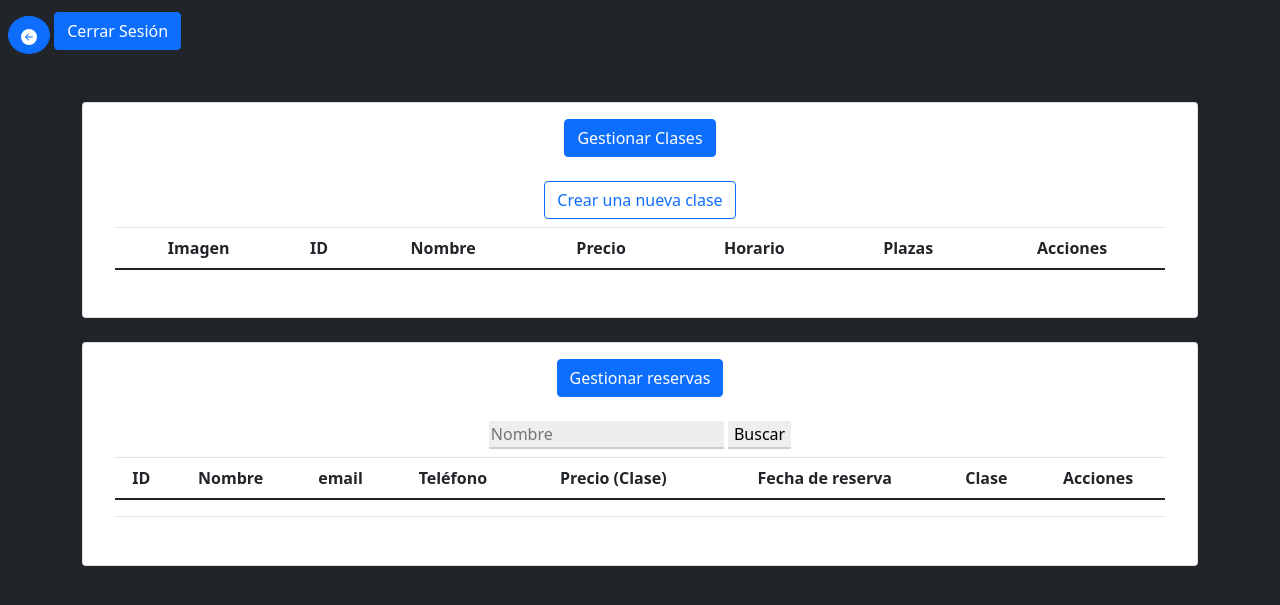
Repository: gcvictor22/ProyectoFinal1DAM
Page: http://localhost/gestionar
An editor plug-in stored every save of this project. The page is shown before and after the next save, followed by the edit.
The browser window is 1280 px wide. The pictures show the whole page.
The page is this project's Thymeleaf template; nobody is signed in. The template is opened directly, without the code that normally fills it, so the values that code supplies are empty.

Above is the page before, as saved 2022-06-01 06:33:49.
Console error: TypeError: Cannot read properties of null (reading 'style')

After the next save:
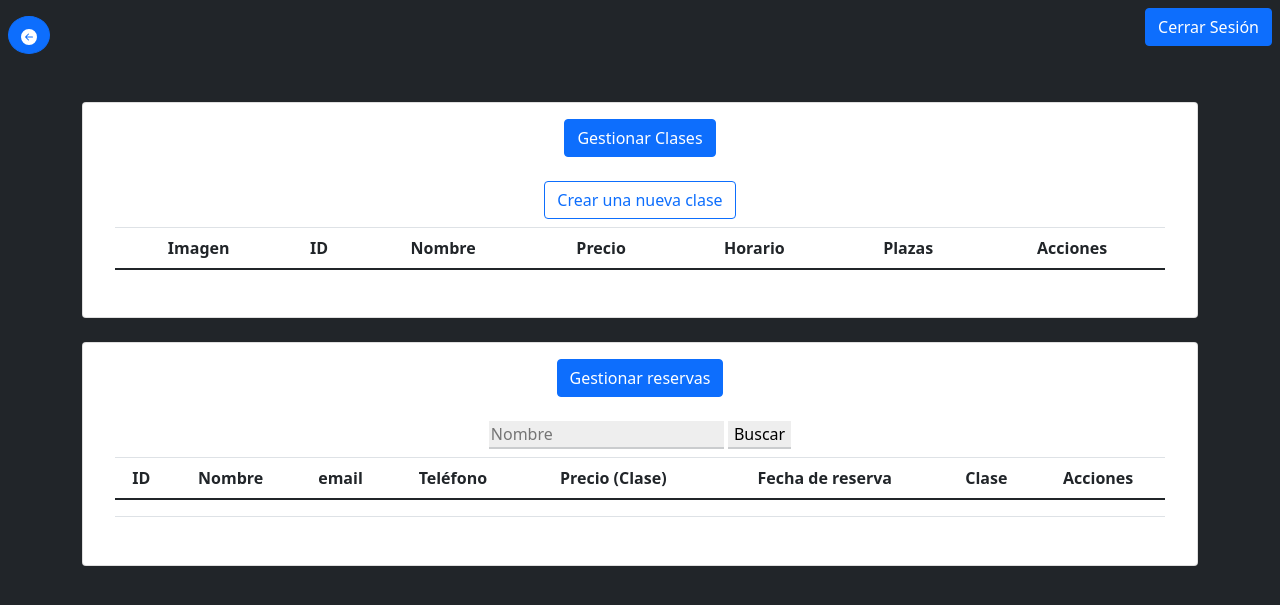
Saved 68 s later.
--- a/ProyectoFinalSTS/src/main/resources/templates/gestionar.html
+++ b/ProyectoFinalSTS/src/main/resources/templates/gestionar.html
@@ -18,7 +18,7 @@
 </head>
 
 <body class="bg-dark p-2" id=bodyGestionar>
-	<header>
+	<header class="w-100">
 		<a class="btn btn-primary rounded-circle sticky-top mt-2" th:href="@{/inicio}">
 			<svg xmlns="http://www.w3.org/2000/svg" width="16" height="16" fill="currentColor"
 				class="bi bi-arrow-left-circle-fill mx-0" viewBox="0 0 16 16">
@@ -26,7 +26,7 @@
 					d="M8 0a8 8 0 1 0 0 16A8 8 0 0 0 8 0zm3.5 7.5a.5.5 0 0 1 0 1H5.707l2.147 2.146a.5.5 0 0 1-.708.708l-3-3a.5.5 0 0 1 0-.708l3-3a.5.5 0 1 1 .708.708L5.707 7.5H11.5z" />
 			</svg>
 		</a>
-		<a href="registro.html" th:href="@{/logout}" class="btn btn-primary">Cerrar Sesión</a>
+		<a href="registro.html" th:href="@{/logout}" class="btn btn-primary float-end">Cerrar Sesión</a>
 	</header>
 	<main>
 		<div class="container rounded mt-5">

After the save that followed:
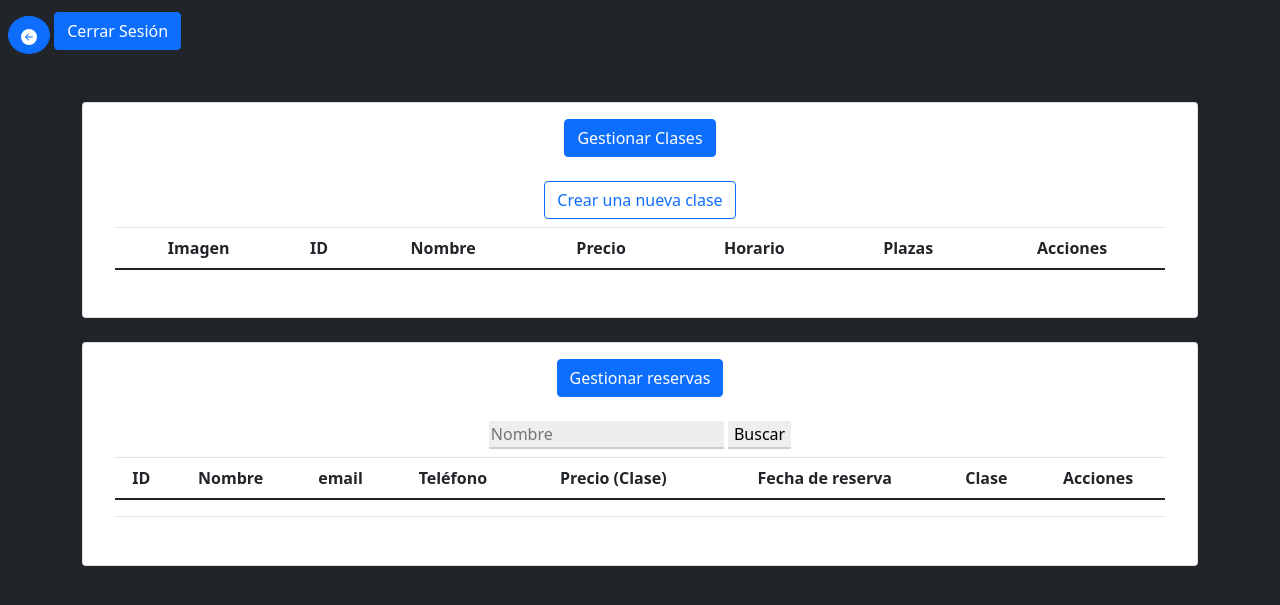
Saved 32 s later.
--- a/ProyectoFinalSTS/src/main/resources/templates/gestionar.html
+++ b/ProyectoFinalSTS/src/main/resources/templates/gestionar.html
@@ -26,7 +26,7 @@
 					d="M8 0a8 8 0 1 0 0 16A8 8 0 0 0 8 0zm3.5 7.5a.5.5 0 0 1 0 1H5.707l2.147 2.146a.5.5 0 0 1-.708.708l-3-3a.5.5 0 0 1 0-.708l3-3a.5.5 0 1 1 .708.708L5.707 7.5H11.5z" />
 			</svg>
 		</a>
-		<a href="registro.html" th:href="@{/logout}" class="btn btn-primary float-end">Cerrar Sesión</a>
+		<a href="registro.html" th:href="@{/logout}" class="btn btn-primary float-right">Cerrar Sesión</a>
 	</header>
 	<main>
 		<div class="container rounded mt-5">
